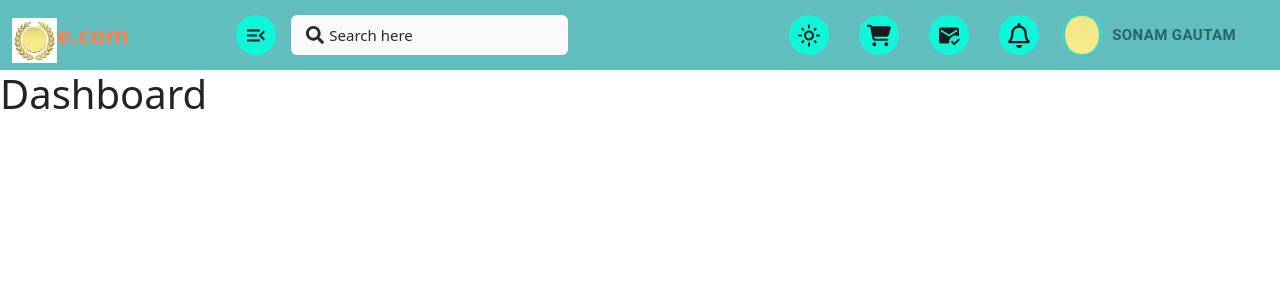
Repository: gautamsonam011/admin-react-dashboard
Page: /
The author's editor kept a copy of each file at every save. The page is drawn from the files as they stood at one save, then again after the next save.
The browser window is 1280 px wide. The pictures show the whole page.
The project was rebuilt for these pictures with package versions that can differ from the ones it lists, and the page was loaded fresh each time.

Above is the page before, as saved 2025-04-15 14:16:26.

### src/App.js
import { BrowserRouter, Routes, Route } from 'react-router-dom';
import './App.css';
import 'bootstrap/dist/css/bootstrap.min.css';
import Dashboard from './pages/Dashboard/Dashboard';
import Header from "./components/Header/index";
import Sidebar from './components/Sidebar';

function App() {
  return (
    <BrowserRouter>
    <Header/>
    <div className='main d-flex'>
      <div className='sidebarWrapper'>
        <Sidebar/>
      </div>
    </div>
    <div className='content'>
    <Routes>
      <Route path = "/" exact={true} element={<Dashboard/>} />
    </Routes>
    </div>

    </BrowserRouter>
  );
}

export default App;

### src/App.css
@import url('https://fonts.googleapis.com/css2?family=Ubuntu:ital,wght@0,300;0,400;0,500;0,700;1,300;1,400;1,500;1,700&display=swap');

body{
  font-family: "Ubuntu", sans-serif;
  background-color: #f4f8f7;

}

header{
  width:100%;
  height: 70px;
  background-color:#62bebe;
}
header .logo{
  text-decoration: none;
}
header .logo img{
  margin-top: 10px;
  width:45px;

}

header .logo span{
color: coral;
font-weight: bolder;
font-size: 24px;
}
header button.rounded-circle{min-width:40px !important; width:40px !important; height: 40px !important; background-color:#0ff7d8 !important; margin: 15px;}
header button.rounded-circle svg{color:rgb(29, 27, 27); font-size: 25px !important; transition: all 0.2s ease-in-out;}
header button.rounded-circle:hover svg{color: #2585d4 !important;}
.searchBox{width:400px; height: 40px; background-color:#faf9f9; border-radius: 6px;padding: 3px 15px;}
.searchBox input{background: transparent;border:0px; outline:none; padding-left: 5px; font-size: 15px; color:#292929}
.searchBox input::-webkit-input-placeholder{color:#292929}
.searchBox svg{font-size: 18px; color:#292929 ;}

.userImg{display: flex; align-items:center; justify-content: center; overflow: hidden; width:40px; height: 40px; border:1px solid #0ff7d8; padding: 2px; border-radius: 100%;}
.userImg .rounded-circle{display: flex; align-items:center; justify-content: center; overflow: hidden; width: 40px; height: 40px; cursor: pointer; position: relative;}
.userImg .rounded-circle .img{object-fit: cover; width: 100%;}
.userInfo{padding-left: 10px;}
.userInfo h5{font-size: 15px; font-weight: 600; margin-bottom:0px; color: #266666;}

#account-menu li{font-size: 14px !important;}
#account-menu li svg{font-size: 20px !important}

.dropdown-info{padding-left: 6px;}
.dropdown-info h4{font-size: 15px; font-weight:600;margin-top: 2px; white-space: break-space; line-height: 21px;}
.dropdown-info p{font-size: 10px; color: #2585d4;}

### src/pages/Dashboard/Dashboard.jsx
const Dashboard = () =>{
    return (
        <>
        <h1>Dashboard</h1>
        </>
    )
}

export default Dashboard;

### src/components/Header/index.jsx
import React, { useState } from 'react';
import { Link } from "react-router-dom";
import logo from "../../assests/images/logo.jpg";
import Button from '@mui/material/Button';
import { MdMenuOpen } from "react-icons/md";
// import { MdOutlineMenu } from "react-icons/md";
import SearchBox from "../SearchBox";
import { MdOutlineLightMode } from "react-icons/md";
// import { MdDarkMode } from "react-icons/md";
import { FaCartShopping } from "react-icons/fa6";
import { MdMarkEmailRead } from "react-icons/md";
import { FaRegBell } from "react-icons/fa";


import Avatar from '@mui/material/Avatar';
import Menu from '@mui/material/Menu';
import MenuItem from '@mui/material/MenuItem';
import ListItemIcon from '@mui/material/ListItemIcon';
import Divider from '@mui/material/Divider';
import { FaShieldAlt } from "react-icons/fa";
import Settings from '@mui/icons-material/Settings';
import Logout from '@mui/icons-material/Logout';

const Header = () => {
    const [anchorEl, setAnchorEl] = useState(null);
    const [anchorElNotification, setAnchorElNotification] = useState(null);

    const open = Boolean(anchorEl);

    const handleOpenMyAccountDropdown = (event) => {
        if (anchorEl) {
            setAnchorEl(null);
        } else {
            setAnchorEl(event.currentTarget);
        }
    };

    const handleOpenMyAccountDropdownClose = () => {
        setAnchorEl(null);
    };

    // For Notification dropdown
    const handleOpennotificationsDrop = (event) => {
        setAnchorElNotification(event.currentTarget);
    };

    const handleClosenotificationsDrop = () => {
        setAnchorElNotification(null);
    };



    return (
        <>
            <header>
                <div className="container-fluid">
                    <div className="row d-flex align-items-center w-100">
                        {/* logo */}
                        <div className="col-sm-2">
                            <Link to="/" className="d-flex align-items-center logo">
                                <img src={logo} alt="logo" />
                                <span className="ml-2">e.com</span>
                            </Link>
                        </div>
                        <div className="col-sm-3 d-flex align-items-center pl-4">
                            <Button className="rounded-circle"><MdMenuOpen /></Button>
                            <SearchBox />
                        </div>
                        <div className="col-sm-7 d-flex align-items-center justify-content-end part3">
                            <Button className="rounded-circle"><MdOutlineLightMode /></Button>
                            <Button className="rounded-circle"><FaCartShopping /></Button>
                            <Button className="rounded-circle"><MdMarkEmailRead /></Button>
                            <Button className="rounded-circle" onClick={handleOpennotificationsDrop}>
                                <FaRegBell />
                            </Button>
                            <Menu
                                anchorEl={anchorElNotification}
                                open={Boolean(anchorElNotification)}
                                onClose={handleClosenotificationsDrop}
                                onClick={handleClosenotificationsDrop}
                                slotProps={{
                                    paper: {
                                        elevation: 0,
                                        sx: {
                                            overflow: 'visible',
                                            filter: 'drop-shadow(0px 2px 8px rgba(0,0,0,0.32))',
                                            mt: 1.5,
                                            '&::before': {
                                                content: '""',
                                                display: 'block',
                                                position: 'absolute',
                                                top: 0,
                                                right: 14,
                                                width: 10,
                                                height: 10,
                                                bgcolor: 'background.paper',
                                                transform: 'translateY(-50%) rotate(45deg)',
                                                zIndex: 0,
                                            },
                                        },
                                    },
                                }}
                                transformOrigin={{ horizontal: 'right', vertical: 'top' }}
                                anchorOrigin={{ horizontal: 'right', vertical: 'bottom' }}
                            >
                                <MenuItem onClick={handleClosenotificationsDrop}>
                                    Orders(12)
                                </MenuItem>
                                <Divider className="mb-2" />
                                <MenuItem onClick={handleClosenotificationsDrop}>
                                    <div className="d-flex align-items-center dropdown-list">

                                        <div className="userImg">
                                        <span className="rounded-circle">
                                            <img src={logo} alt="profile" />
                                        </span>

                                    </div>
                                    <div className='dropdown-info'>
                                        <h4><b>Sona</b> added Leather New Shoes</h4>
                                        <p>Few minutes ago</p>
                                    </div>
                                    </div>

                                </MenuItem>
                                <MenuItem onClick={handleClosenotificationsDrop}>
                                    <div className="d-flex align-items-center dropdown-list">

                                        <div className="userImg">
                                        <span className="rounded-circle">
                                            <img src={logo} alt="profile" />
                                        </span>

                                    </div>
                                    <div className='dropdown-info'>
                                        <h4><b>Sona</b> added Leather New Shoes</h4>
                                        <p>Few minutes ago</p>
                                    </div>
                                    </div>

                                </MenuItem>
                            </Menu>

                            <div className="myAccountWrapper">
                                <Button className="myAccount d-flex align-items-center" onClick={handleOpenMyAccountDropdown}>
                                    <div className="userImg">
                                        <span className="rounded-circle">
                                            <img src={logo} alt="profile" />
                                        </span>

                                    </div>
                                    <div className="userInfo">
                                        <h5>Sonam Gautam</h5>
                                    </div>

                                    <Menu
                                        anchorEl={anchorEl}
                                        id="account-menu"
                                        open={open}
                                        onClose={handleOpenMyAccountDropdownClose}
                                        onClick={handleOpenMyAccountDropdownClose}
                                        slotProps={{
                                            paper: {
                                                elevation: 0,
                                                sx: {
                                                    overflow: 'visible',
                                                    filter: 'drop-shadow(0px 2px 8px rgba(0,0,0,0.32))',
                                                    mt: 1.5,
                                                    '& .MuiAvatar-root': {
                                                        width: 32,
                                                        height: 32,
                                                        ml: -0.5,
                                                        mr: 1,
                                                    },
                                                    '&::before': {
                                                        content: '""',
                                                        display: 'block',
                                                        position: 'absolute',
                                                        top: 0,
                                                        right: 14,
                                                        width: 10,
                                                        height: 10,
                                                        bgcolor: 'background.paper',
                                                        transform: 'translateY(-50%) rotate(45deg)',
                                                        zIndex: 0,
                                                    },
                                                },
                                            },
                                        }}
                                        transformOrigin={{ horizontal: 'right', vertical: 'top' }}
                                        anchorOrigin={{ horizontal: 'right', vertical: 'bottom' }}
                                    >
                                        <MenuItem onClick={handleOpenMyAccountDropdownClose}>
                                            <Avatar /> Profile
                                        </MenuItem>
                                        <Divider />
                                        <MenuItem onClick={handleOpenMyAccountDropdownClose}>
                                            <ListItemIcon>
                                                <FaShieldAlt fontSize="small" />
                                            </ListItemIcon>
                                            Reset Password
                                        </MenuItem>
                                        <MenuItem onClick={handleOpenMyAccountDropdownClose}>
                                            <ListItemIcon>
                                                <Settings fontSize="small" />
                                            </ListItemIcon>
                                            Settings
                                        </MenuItem>
                                        <MenuItem onClick={handleOpenMyAccountDropdownClose}>
                                            <ListItemIcon>
                                                <Logout fontSize="small" />
                                            </ListItemIcon>
                                            Logout
                                        </MenuItem>
                                    </Menu>
                                </Button>
                            </div>
                        </div>
                    </div>
                </div>
            </header>
        </>
    )
}

export default Header

### src/components/Sidebar/index.jsx
const Sidebar = () =>{

    return(
        <>
        </>
    )
}

export default Sidebar

### src/components/SearchBox.jsx
import { FaSearch } from "react-icons/fa";

const SearchBox = () =>{
    return (
        <div className="searchBox position-relative d-flex align-items-center">
            <FaSearch className="mr-2" />
            <input type="text" placeholder="Search here"  />
        </div>
    )
}

export default SearchBox;

Loaded but not shown: public/index.html (common file); src/index.js (common file); src/reportWebVitals.js (common file)

After the next save:
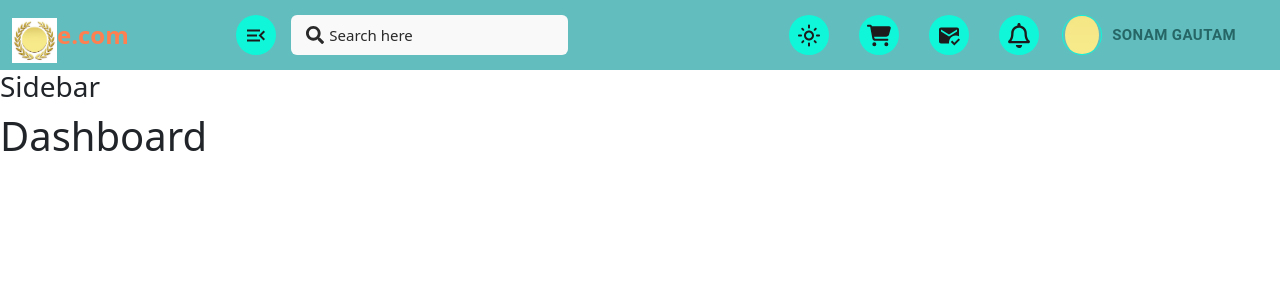
Saved 51 s later.
--- a/src/components/Sidebar/index.jsx
+++ b/src/components/Sidebar/index.jsx
@@ -2,6 +2,7 @@ const Sidebar = () =>{
 
     return(
         <>
+        <h3>Sidebar</h3>
         </>
     )
 }
